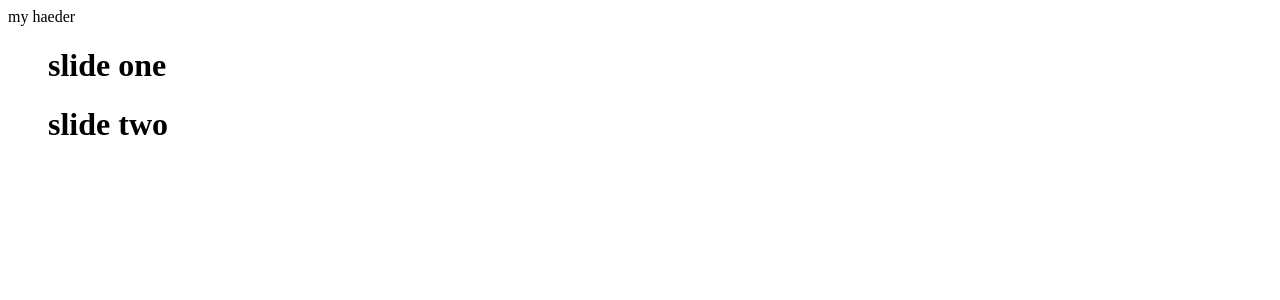
Repository: Yasinjan123/khanf
Page: git-project-one/index.html
These files come from the project's save history. The page is drawn as it stood at one moment and after the next save; the edit follows.
The browser window is 1280 px wide. The pictures show the whole page.

Above is the page before, as saved 2022-11-01 23:06:24.

### git-project-one/index.html
<!DOCTYPE html>
<html lang="en">
<head>
    <meta charset="UTF-8">
    <meta http-equiv="X-UA-Compatible" content="IE=edge">
    <meta name="viewport" content="width=device-width, initial-scale=1.0">
    <title>Document</title>
</head>
<body>
    <header>
        my haeder
    </header>
    </div class="banner"
    <img src="banner.jpg"alt="">
    </div>
    <dir class="slider">
        <h1>slide one</h1>
        <h1>slide two</h1>
    </dir>

After the next save:
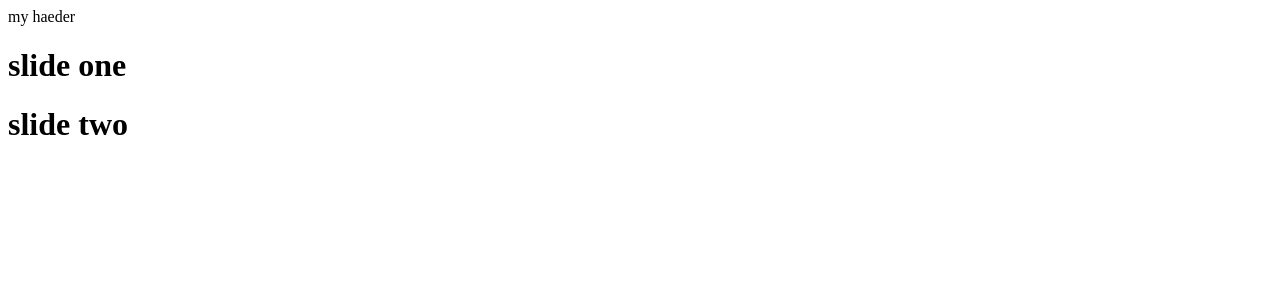
Saved 11 s later.
--- a/git-project-one/index.html
+++ b/git-project-one/index.html
@@ -13,7 +13,7 @@
     </div class="banner"
     <img src="banner.jpg"alt="">
     </div>
-    <dir class="slider">
+    <div class="slider">
         <h1>slide one</h1>
         <h1>slide two</h1>
     </dir>
